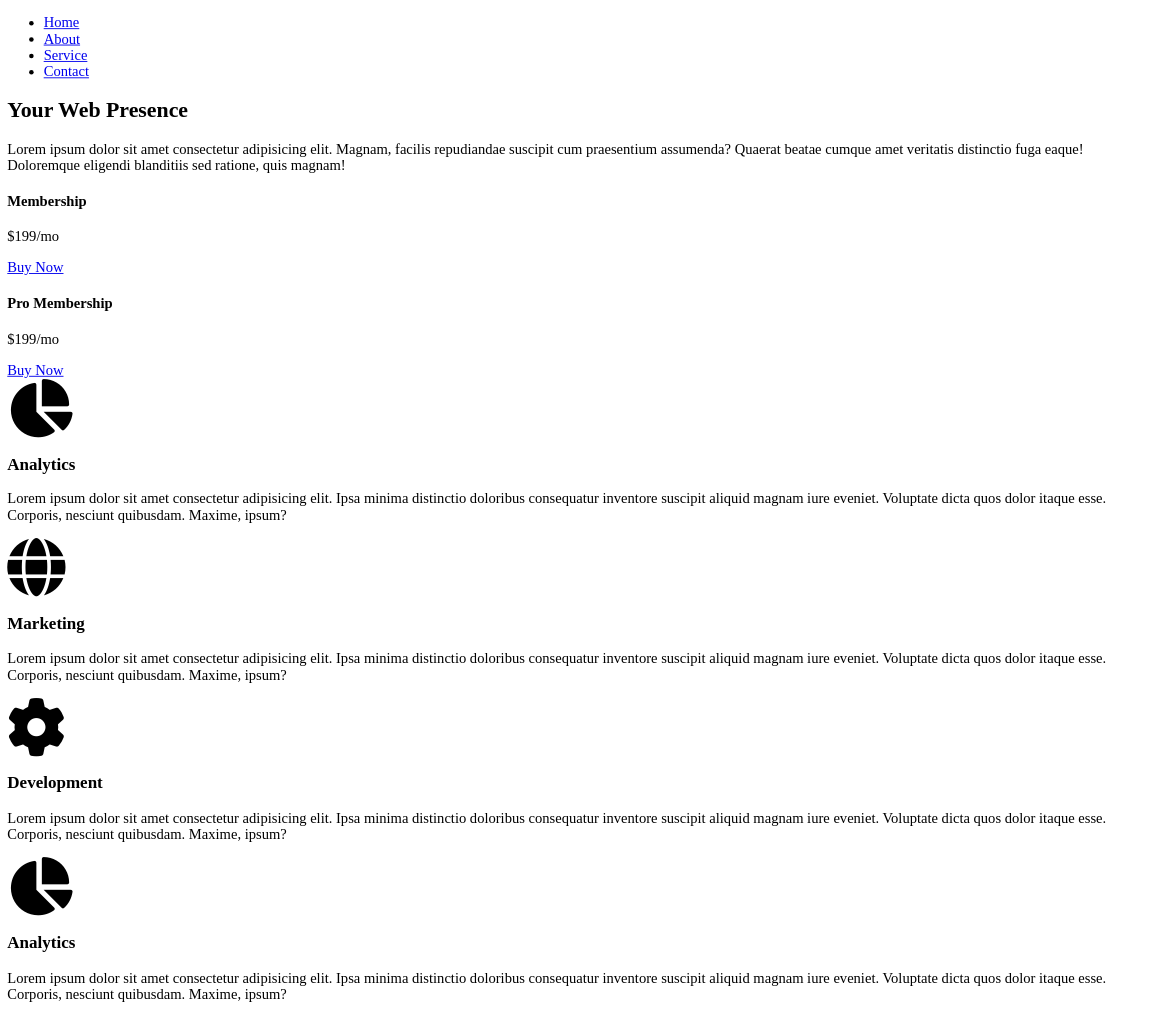
Repository: 1813404040072/grid-demo
Page: index.html
These files come from the project's save history. The page is drawn as it stood at one moment and after the next save; the edit follows.
The browser window is 1280 px wide. The pictures show the whole page, at 91% of full size.
Some web libraries are served in a nearby version.

Above is the page before, as saved 2019-12-24 23:01:24.

### index.html
<!DOCTYPE html>
<html lang="en">
<head>
    <meta charset="UTF-8">
    <meta name="viewport" content="width=device-width, initial-scale=1.0">
    <meta http-equiv="X-UA-Compatible" content="ie=edge">
    <title>GridBiz</title>
    <script src="https://kit.fontawesome.com/a076d05399.js"></script>
    <link rel="stylesheet" href="style.css"/>
</head>
<body>
    <div class="wrapper">
        <!-- Navigation -->
        <nav class="main-nav">
            <ul>
                <li><a href="#">Home</a></li>
                <li><a href="#">About</a></li>
                <li><a href="#">Service</a></li>
                <li><a href="#">Contact</a></li>
            </ul>
        </nav>
        <!-- Top container -->
        <section class="top-container">
            <header class="showcase">
                <h1>Your Web Presence</h1>
                <p>Lorem ipsum dolor sit amet consectetur adipisicing elit. Magnam, facilis repudiandae suscipit cum praesentium assumenda? Quaerat beatae cumque amet veritatis distinctio fuga eaque! Doloremque eligendi blanditiis sed ratione, quis magnam!</p>
                <a href="#" class="btn"></a>
            </header>
            <div class="top-box top-box-a">
                <h4>Membership</h4>
                <p class="price">$199/mo</p>
                <a href="#"class="btn">Buy Now</a>
            </div>
            <div class="top-box top-box-a">
                <h4>Pro Membership</h4>
                <p class="price">$199/mo</p>
                <a href="#"class="btn">Buy Now</a>
            </div>
        </section>

        <!-- Boxes Section -->
        <section class="boxes">
            <div class="box">
                <i class="fas fa-chart-pie fa-4x"></i>
                <h3>Analytics</h3>
                <p>
                    Lorem ipsum dolor sit amet consectetur adipisicing elit. Ipsa minima distinctio doloribus consequatur inventore suscipit aliquid magnam iure eveniet. Voluptate dicta quos dolor itaque esse. Corporis, nesciunt quibusdam. Maxime, ipsum?
                </p>
            </div>
            <div class="box">
                <i class="fas fa-globe fa-4x"></i>
                <h3>Marketing</h3>
                <p>
                    Lorem ipsum dolor sit amet consectetur adipisicing elit. Ipsa minima distinctio doloribus consequatur inventore suscipit aliquid magnam iure eveniet. Voluptate dicta quos dolor itaque esse. Corporis, nesciunt quibusdam. Maxime, ipsum?
                </p>
            </div>
            <div class="box">
                <i class="fas fa-cog fa-4x"></i>
                <h3>Development</h3>
                <p>
                    Lorem ipsum dolor sit amet consectetur adipisicing elit. Ipsa minima distinctio doloribus consequatur inventore suscipit aliquid magnam iure eveniet. Voluptate dicta quos dolor itaque esse. Corporis, nesciunt quibusdam. Maxime, ipsum?
                </p>
            </div>
            <div class="box">
                <i class="fas fa-chart-pie fa-4x"></i>
                <h3>Analytics</h3>
                <p>
                    Lorem ipsum dolor sit amet consectetur adipisicing elit. Ipsa minima distinctio doloribus consequatur inventore suscipit aliquid magnam iure eveniet. Voluptate dicta quos dolor itaque esse. Corporis, nesciunt quibusdam. Maxime, ipsum?
                </p>
            </div>
        </section>
    </div>
    <!-- wrapper Ends -->

</body>
</html>

Loaded but not shown: style.css (no copy from this time; the picture is the same without it)

After the next save:
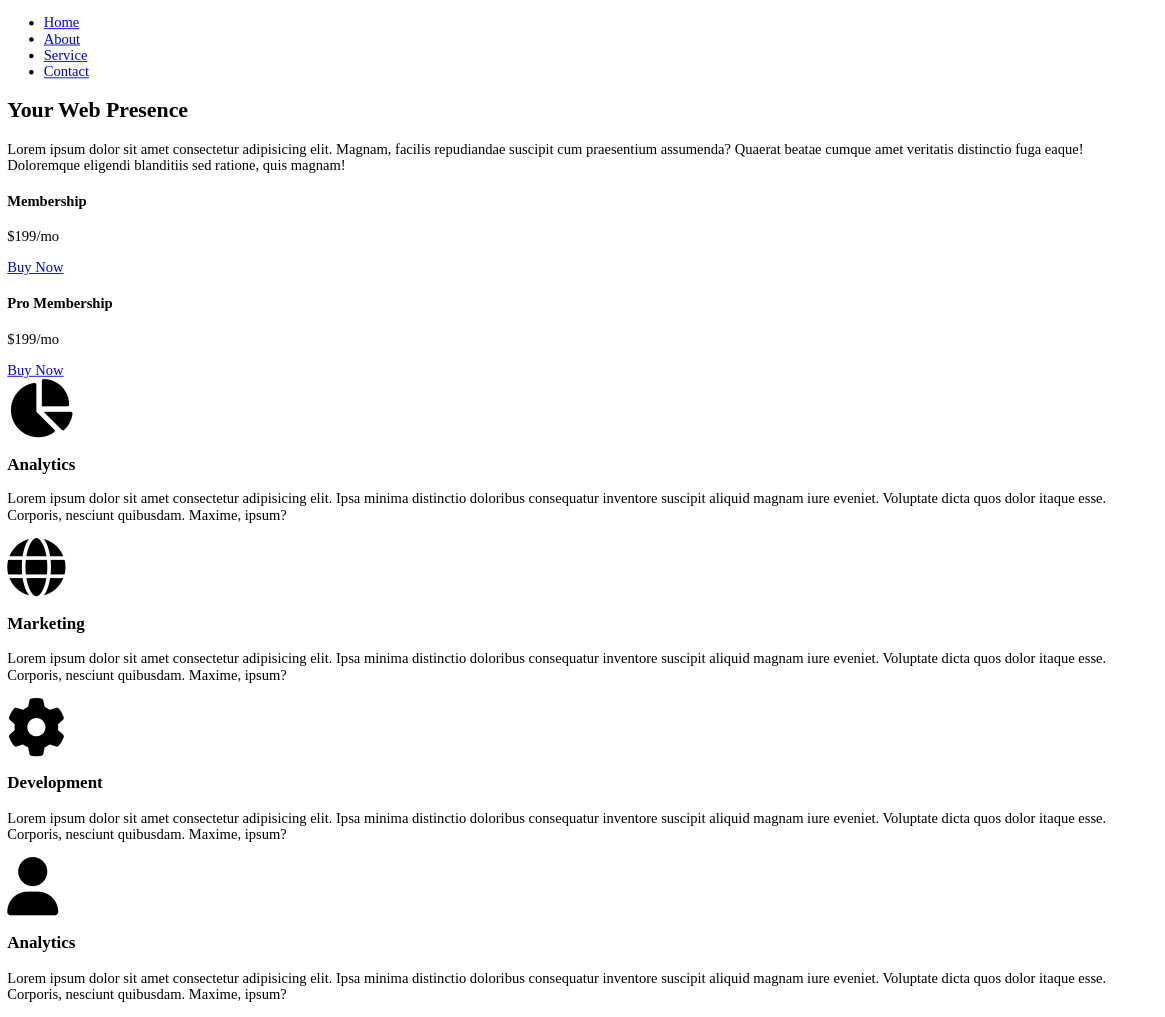
Saved 7 s later.
--- a/index.html
+++ b/index.html
@@ -62,7 +62,7 @@
                 </p>
             </div>
             <div class="box">
-                <i class="fas fa-chart-pie fa-4x"></i>
+                <i class="fas fa-user fa-4x"></i>
                 <h3>Analytics</h3>
                 <p>
                     Lorem ipsum dolor sit amet consectetur adipisicing elit. Ipsa minima distinctio doloribus consequatur inventore suscipit aliquid magnam iure eveniet. Voluptate dicta quos dolor itaque esse. Corporis, nesciunt quibusdam. Maxime, ipsum?
